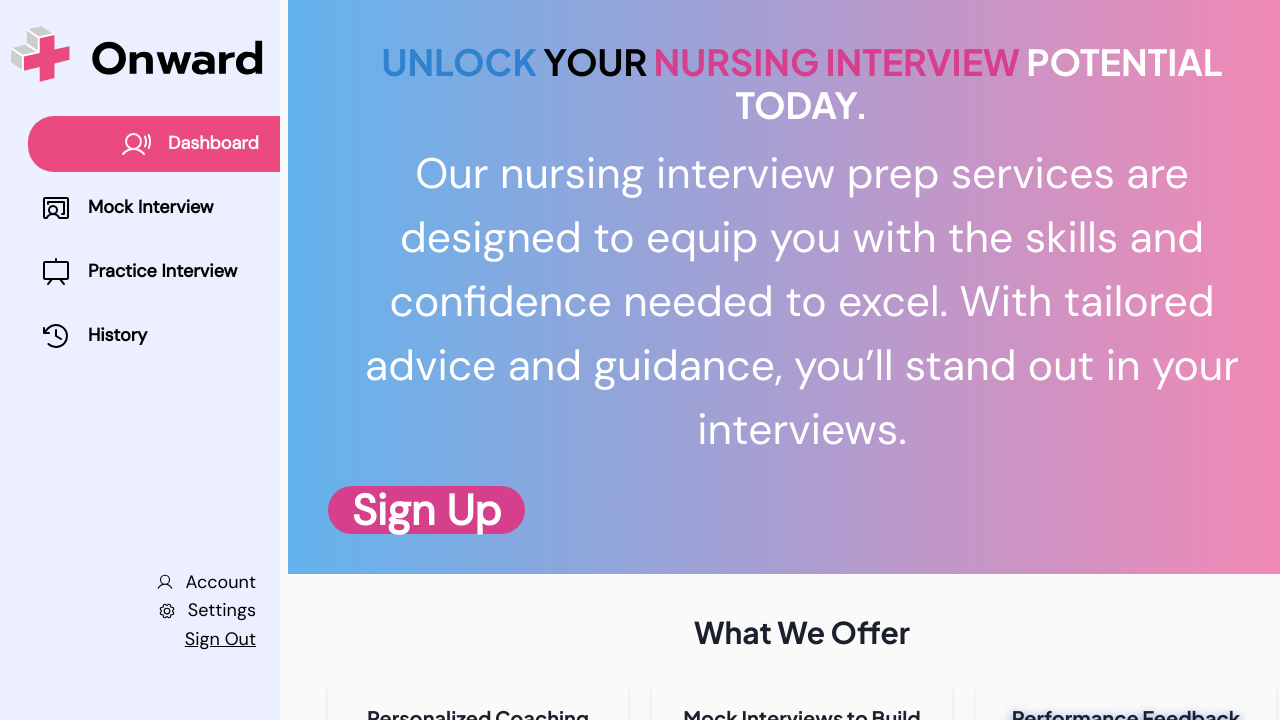
Repository: Aladdin3r/onward
Page: /landing-page
These files come from the project's save history. The page is drawn as it stood at one moment and after a run of saves; the edit follows.
The browser window is 1280 px wide. The pictures show the whole page.
The project was rebuilt for these pictures with package versions that can differ from the ones it lists, and the page was loaded fresh each time. The framework's server and built-in components were replaced by stand-ins that run in the browser. Also part of the build but not shown: next.config.mjs, styles/components/AppTopNav.js.

Above is the page before, as saved 2024-10-29 00:53:33.

After the next 4 saves:
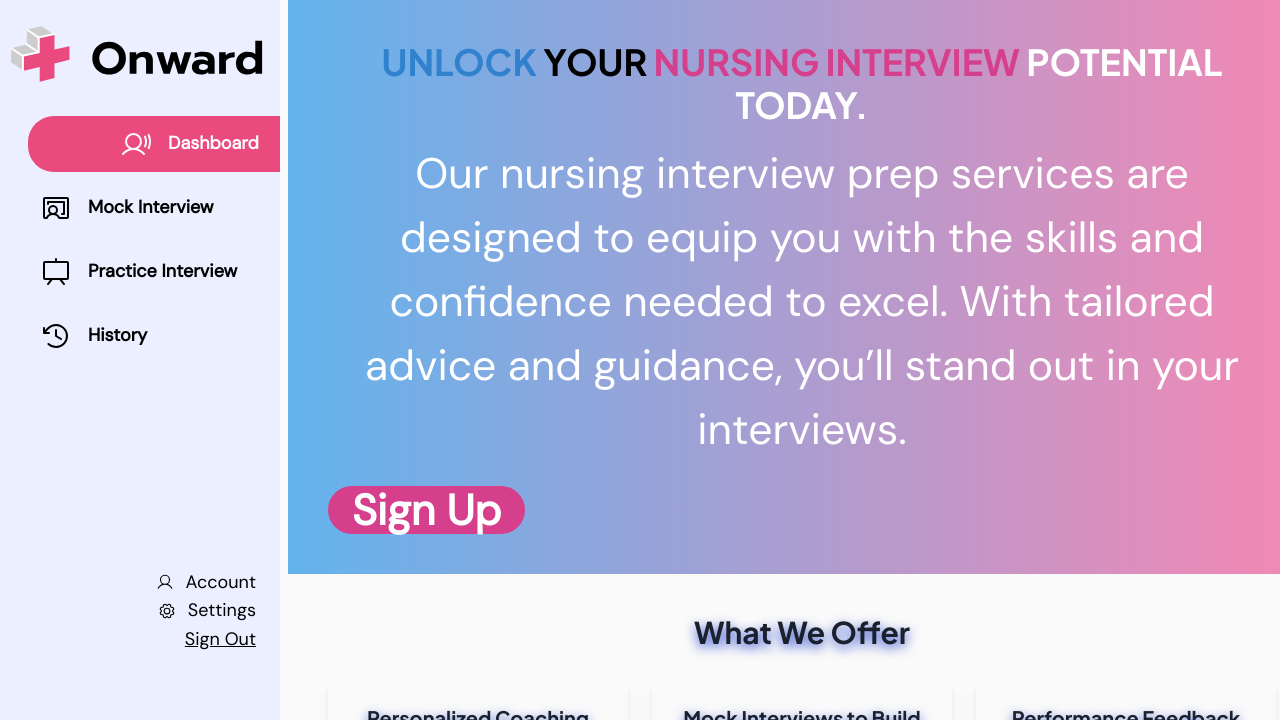
The 4 saves are shown as one change because they came seconds apart.
The last was saved 13 s later.
--- a/pages/landing-page.js
+++ b/pages/landing-page.js
@@ -39,7 +39,9 @@ import {
         </Box>
 
         {/* What We Offer Section */}
-        <Box p={10} textAlign="center">
+        <Box p={10} textAlign="center"   borderRadius="md"
+  boxShadow="none"
+  filter="drop-shadow(0px 4px 6px #3352CF)">
           <Heading fontFamily="heading" fontSize="3xl" mb={8}>What We Offer</Heading>
           <Flex justify="center" gap={6}>
             <Stack width="300px" borderRadius="md" boxShadow="md" p={6} textAlign="center">
@@ -54,8 +56,7 @@ import {
                 Participate in realistic mock interviews to refine your skills.
               </Text>
             </Stack>
-            <Stack width="300px" borderRadius="md" boxShadow="md"
-  filter="drop-shadow(0px 4px 6px #3352CF)" p={6} textAlign="center">
+            <Stack width="300px" borderRadius="md" boxShadow="md" p={6} textAlign="center">
               <Heading fontFamily="heading" fontSize="xl" mb={4}>Performance Feedback for Your Empowerment</Heading>
               <Text fontFamily="body">
                 Receive personalized feedback to refine your responses and improve your performance.
